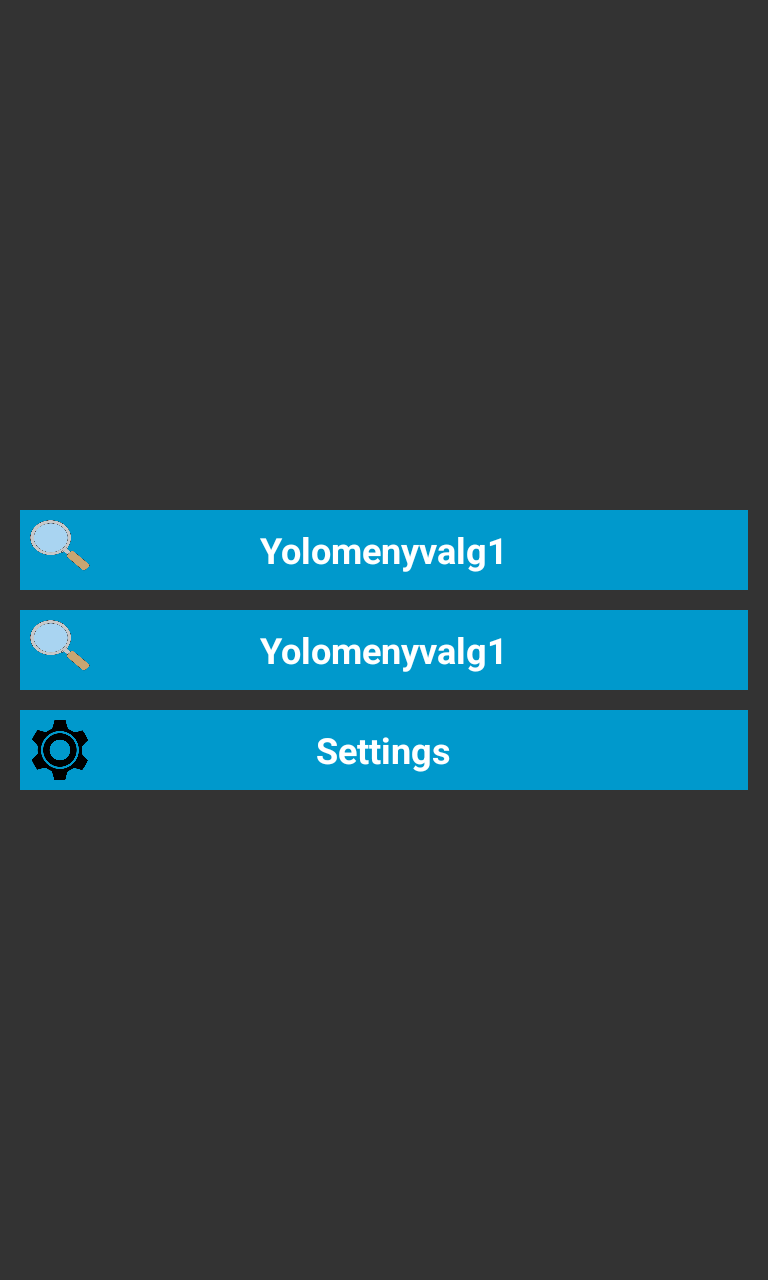
Repository: pumalove/workspace
Layout: MainActivity/res/layout/gridview.xml
The author's editor kept a copy of each file at every save. The layout is drawn from the files as they stood at one save, then again after the next save.
It is drawn on a 768 x 1280 px phone screen (xhdpi) without system bars, with theme AppTheme; the app's code is not run. Lists and similar views that code fills are empty.

Above is the layout before, as saved 2014-03-18 13:02:08.

After the next save:
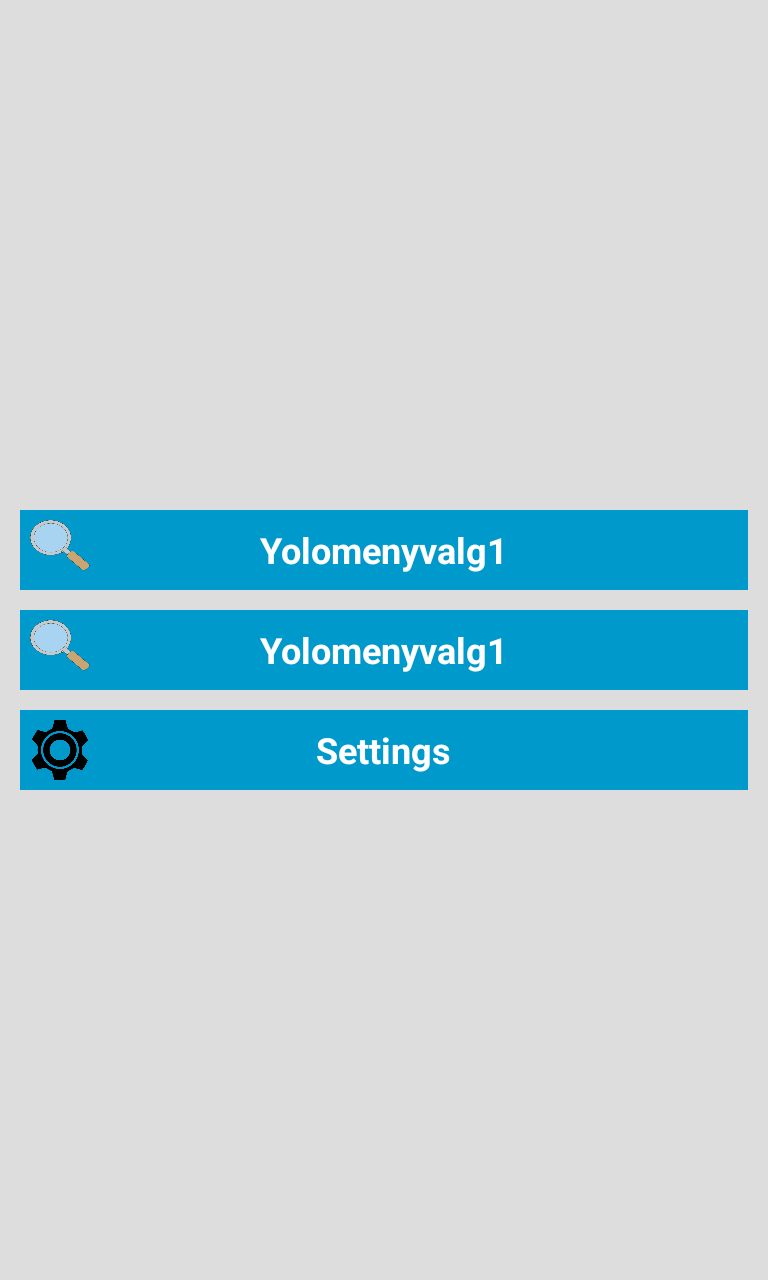
Saved 31 s later.
--- a/MainActivity/res/layout/gridview.xml
+++ b/MainActivity/res/layout/gridview.xml
@@ -4,7 +4,7 @@
     android:layout_height="wrap_content"
     android:orientation="vertical"
     android:padding="10dp"
-    android:background="#333333"
+    android:background="#DDDDDD"
     >
 
     <LinearLayout
